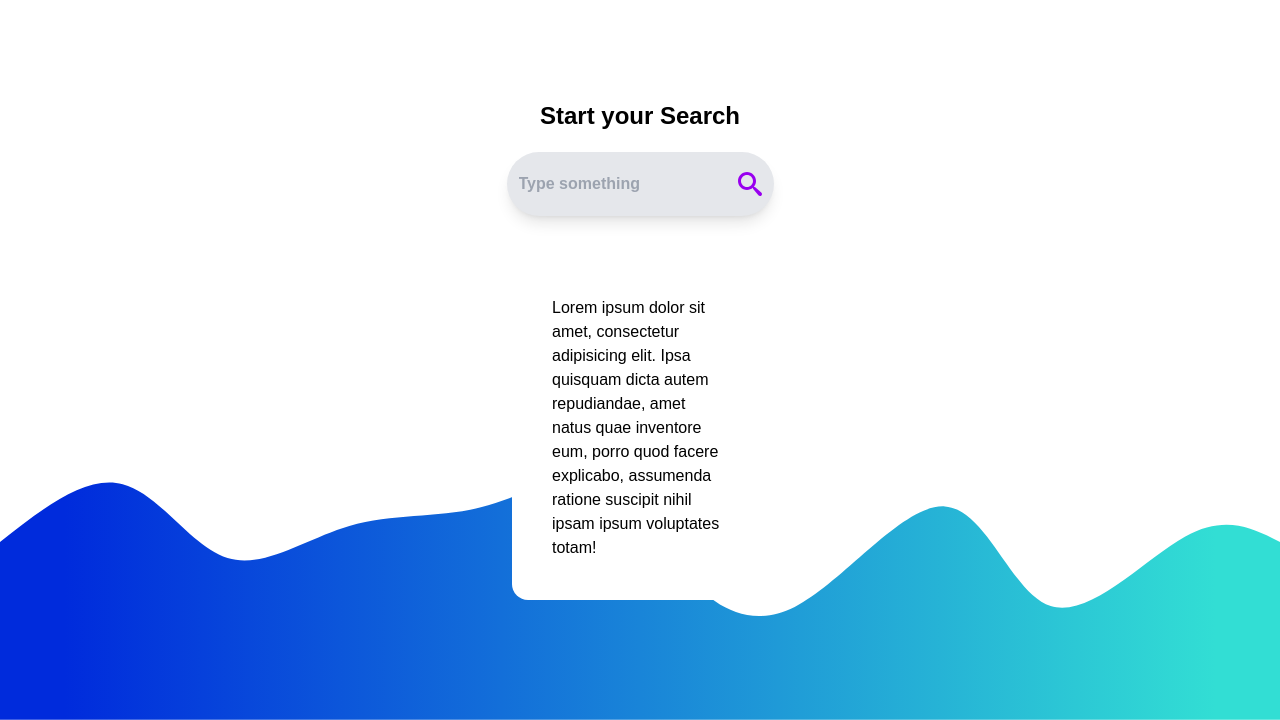
Repository: evergreenx/dictionary-octo
Page: /
An editor plug-in stored every save of this project. The page is shown before and after the next save, followed by the edit.
The browser window is 1280 px wide. The pictures show the whole page.
The project was rebuilt for these pictures with package versions that can differ from the ones it lists, and the page was loaded fresh each time. The framework's server and built-in components were replaced by stand-ins that run in the browser. Also part of the build but not shown: next.config.js.

Above is the page before, as saved 2022-04-30 15:17:03.

### pages/index.js
import Head from "next/head";
import Image from "next/image";
import bgimage from "../public/bg.svg";

import { ImSearch } from "react-icons/im";
import RandomWord from "../components/RandomWord";

export default function Home() {
  return (
    <div>
      <Head>
        <title>Create Next App</title>
        <meta name="description" content="Generated by create next app" />
        <link rel="icon" href="/favicon.ico" />
      </Head>

      <main className=" py-20">
        <section className="input--container pb-10 flex flex-col justify-center items-center ">
          <h1 className="text-2xl font-bold text-center py-5">
            Start your Search
          </h1>

          <div className="flex items-center bg-gray-200 shadow-lg rounded-full py-3 px-3">
            <input
              className="input--text bg-gray-200 font-bold outline-none py-2"
              type="text"
              placeholder="Type something"
            />

            <ImSearch className="text-[#9900efff] text-2xl" />
          </div>
        </section>

        <section>
          <RandomWord />
        </section>
      </main>
    </div>
  );
}

### styles/globals.css
@tailwind base;
@tailwind components;
@tailwind utilities;

@import url("https://fonts.googleapis.com/css2?family=Quicksand&display=swap");

* {
  box-sizing: border-box;
  margin: 0;
  padding: 0;
}

body {
  background-image: url("../public/bg.svg");
  background-repeat: no-repeat;
  background-size: contain;
  background-position: bottom;

  height: 100vh;
  font-family: "Quicksand", sans-serif;
}

a {
  color: inherit;
  text-decoration: none;
}

### components/RandomWord.js
import React from "react";

const RandomWord = () => {
  return (
    <div className="bg-white rounded-2xl shadow- p-10 w-64 container mx-auto">
      Lorem ipsum dolor sit amet, consectetur adipisicing elit. Ipsa quisquam
      dicta autem repudiandae, amet natus quae inventore eum, porro quod facere
      explicabo, assumenda ratione suscipit nihil ipsam ipsum voluptates totam!
    </div>
  );
};

export default RandomWord;

Loaded but not shown: pages/_app.js (common file); tailwind.config.js (common file)

After the next save:
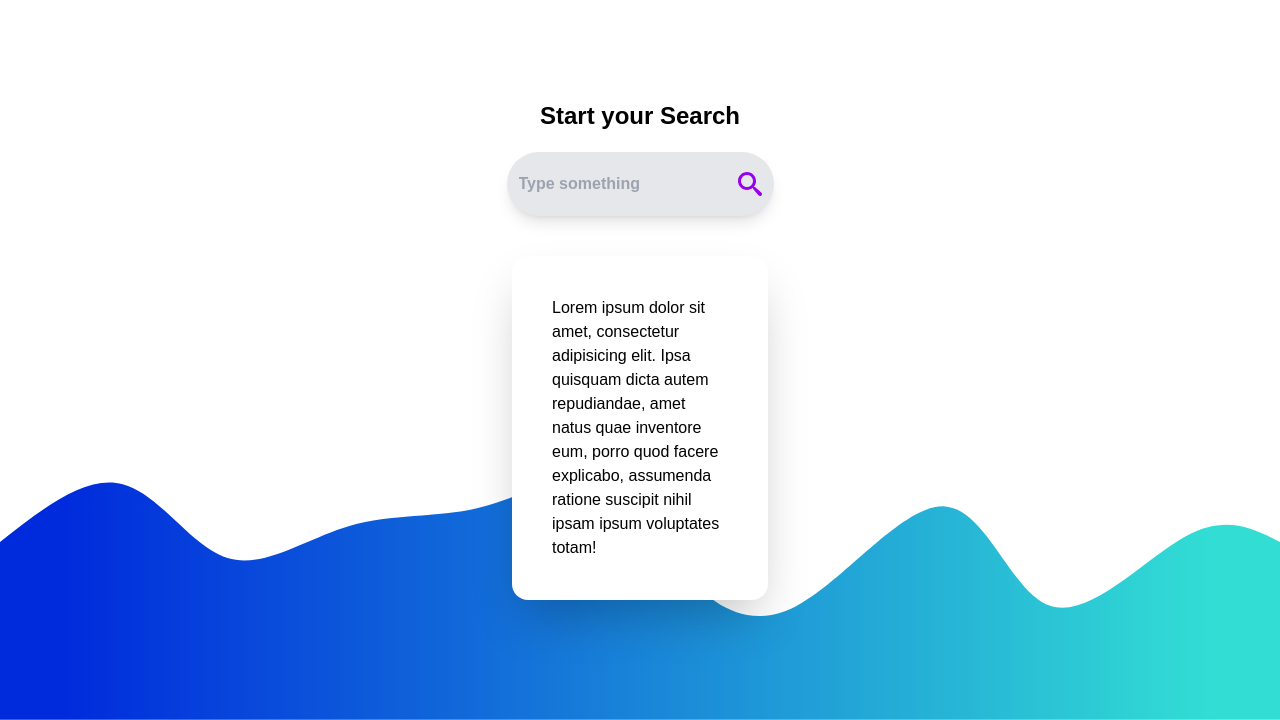
Saved 4 s later.
--- a/components/RandomWord.js
+++ b/components/RandomWord.js
@@ -2,7 +2,7 @@ import React from "react";
 
 const RandomWord = () => {
   return (
-    <div className="bg-white rounded-2xl shadow- p-10 w-64 container mx-auto">
+    <div className="bg-white rounded-2xl shadow-2xl p-10 w-64 container mx-auto">
       Lorem ipsum dolor sit amet, consectetur adipisicing elit. Ipsa quisquam
       dicta autem repudiandae, amet natus quae inventore eum, porro quod facere
       explicabo, assumenda ratione suscipit nihil ipsam ipsum voluptates totam!
